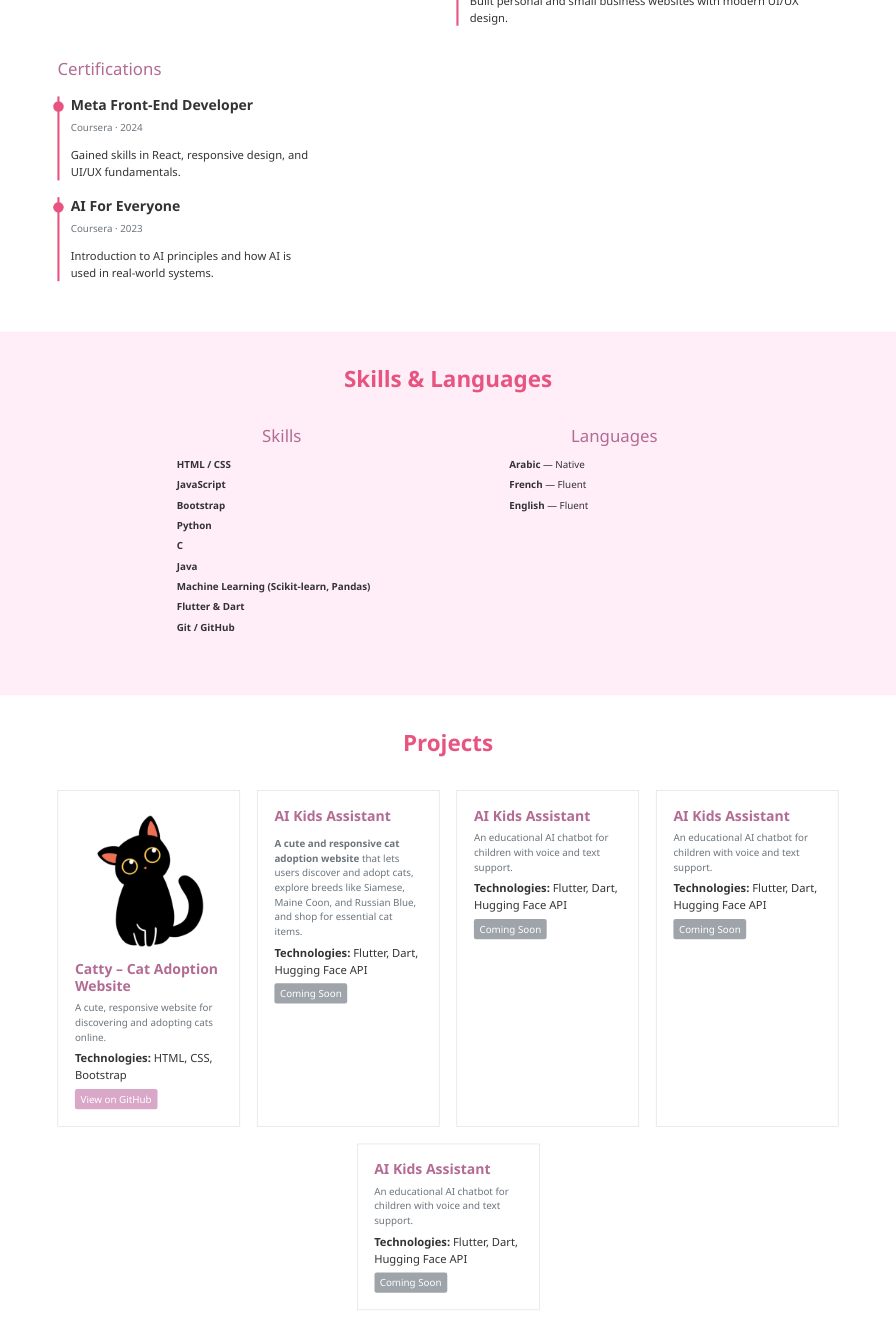
Repository: rihebtlh/portfolio
Page: new.html
The author's editor kept a copy of each file at every save. The page is drawn from the files as they stood at one save, then again after the next save.
The browser window is 1280 px wide. The pictures show the part of the page from y = 1644 to 3564 px (the page is 3564 px tall), at 70% of full size.

Above is the page before, as saved 2025-07-02 16:05:50.

After the next save:
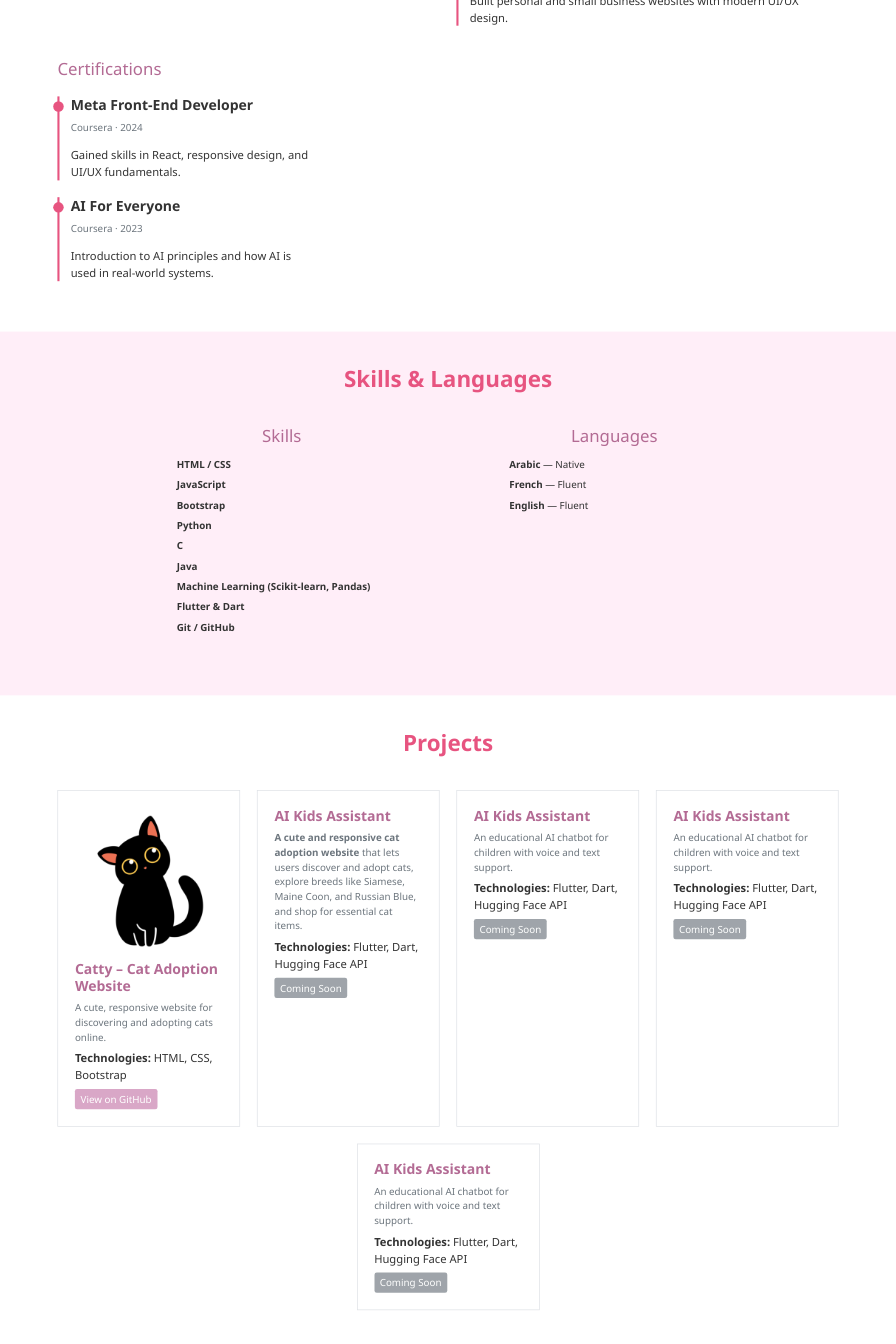
Saved 4 s later.
--- a/new.html
+++ b/new.html
@@ -280,7 +280,6 @@
           <div class="col-md-3">
             <div class="p-4 border rounded-4 h-100" style="border-color: #ffd6e8;">
               <h5 class="fw-bold" style="color: #b36b94;">AI Kids Assistant</h5>
-              <p>
               <p class="text-muted small mb-2"><strong>A cute and responsive cat adoption website</strong> that lets users discover and adopt cats, explore breeds like Siamese, Maine Coon, and Russian Blue, and shop for essential cat items.</p>
               <p class="mb-2"><strong>Technologies:</strong> Flutter, Dart, Hugging Face API</p>
               <a href="#" target="_blank" class="btn btn-sm btn-secondary disabled">Coming Soon</a>
